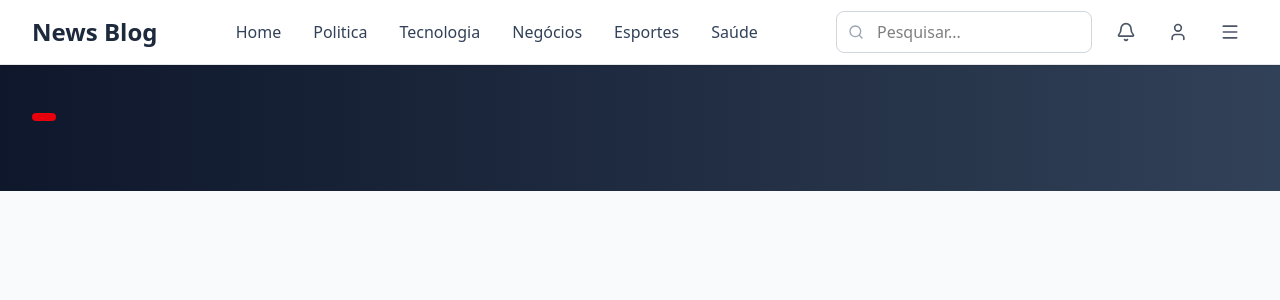
Repository: estevam02009/news-blog
Page: /
An editor plug-in stored every save of this project. The page is shown before and after the next save, followed by the edit.
The browser window is 1280 px wide. The pictures show the whole page.
The project was rebuilt for these pictures with package versions that can differ from the ones it lists, and the page was loaded fresh each time. Also part of the build but not shown: vite.config.ts.

Above is the page before, as saved 2025-08-08 18:30:28.

### index.html
<!doctype html>
<html lang="pt-BR">
  <head>
    <meta charset="UTF-8" />
    <link rel="icon" type="image/svg+xml" href="/vite.svg" />
    <meta name="viewport" content="width=device-width, initial-scale=1.0" />
    <title>News Blog</title>
  </head>
  <body>
    <div id="root"></div>
    <script type="module" src="/src/main.tsx"></script>
  </body>
</html>

### src/App.tsx
import Header from "./components/Header"
import Hero from "./components/Hero"

function App() {

  return (
    <div className="min-h-screen bg-gray-50">
      <Header />
      <Hero />
    </div>
  )
}

export default App

### src/components/Header.tsx
import React from 'react'
import { Search, Menu, Bell, User } from 'lucide-react'

const Header: React.FC = () => {
    return (
        <header className='bg-white shadow-sm border-b border-gray-200 sticky top-0 z-50'>
            <div className='max-w-7xl mx-auto px-4 sm:px-6 lg:px-8'>
                <div className='flex items-center justify-between h-16'>
                    {/* LOGO */}
                    <div className='flex items-center'>
                        <h1 className='text-2xl font-bold text-slate-800'>News Blog</h1>
                    </div>

                    {/* Desktop Navigation */}
                    <nav className='hidden md:flex items-center space-x-8'>
                        <a href='/' className='text-slate-700 hover:text-blue-600 font-medium transition-colors'>Home</a>
                        <a href='#' className='text-slate-700 hover:text-blue-600 font-medium transition-colors'>Politica</a>
                        <a href='#' className='text-slate-700 hover:text-blue-600 font-medium transition-colors'>Tecnologia</a>
                        <a href='#' className='text-slate-700 hover:text-blue-600 font-medium transition-colors'>Negócios</a>
                        <a href='#' className='text-slate-700 hover:text-blue-600 font-medium transition-colors'>Esportes</a>
                        <a href='#' className='text-slate-700 hover:text-blue-600 font-medium transition-colors'>Saúde</a>
                    </nav>

                    {/* Pesquisa e Ações */}
                    <div className='flex items-center space-x-4'>
                        <div className='relative hidden sm:block'>
                            <Search className='absolute top-1/2 left-3 transform -translate-y-1/2  h-4 w-4 text-gray-400' />
                            <input
                                type='text'
                                placeholder='Pesquisar...'
                                className='pl-10 pr-4 py-2 border border-gray-300 rounded-lg focus:ring-2 focus:ring-blue-500 focus:border-transparent w-64'
                            />
                        </div>
                        <button className='p-2 text-gray-600 hover:text-blue-600 transition-colors'>
                            <Bell className='h-5 w-5' />
                        </button>
                        <button className='p-2 text-gray-600 hover:text-blue-600 transition-colors'>
                            <User className='h-5 w-5' />
                        </button>
                        <button className='p-2 text-gray-600 hover:text-blue-600 transition-colors'>
                            <Menu className='h-5 w-5' />
                        </button>
                    </div>
                </div>
            </div>
        </header>
    )
}

export default Header

### src/components/Hero.tsx
import React from "react";
// import { Clock, User } from "lucide-react";

const Hero: React.FC = () => {
    return (
        <section className="bg-gradient-to-r from-slate-900 to-slate-700 text-white py-12">
            <div className="max-w-7xl mx-auto px-4 sm:px-6 lg:px-8">
                <div className="grid grid-cols-1 lg:grid-cols-2 gap-8 items-center">
                    <div>
                        <span className="inline-block bg-red-600 text-white px-3 py-1 text-sm font-semibold rounded-full mb-4"></span>
                    </div>
                </div>
            </div>
        </section>
    );
};

export default Hero;

Loaded but not shown: src/main.tsx (common file); src/index.css (common file)

After the next save:
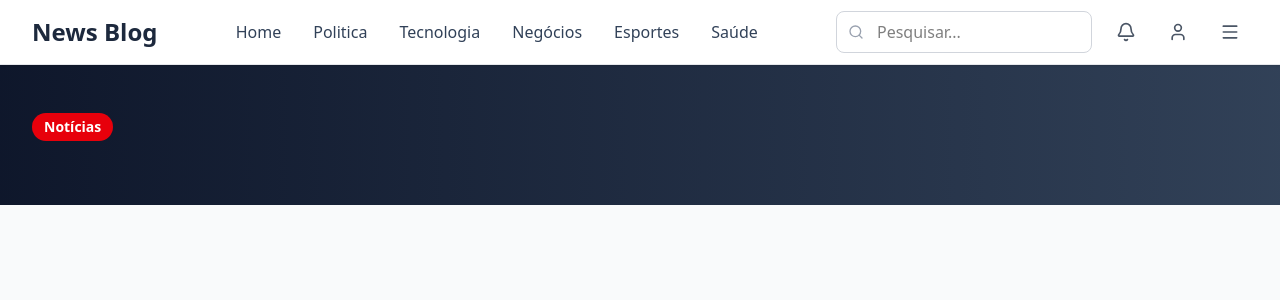
Saved 9 s later.
--- a/src/components/Hero.tsx
+++ b/src/components/Hero.tsx
@@ -7,7 +7,9 @@ const Hero: React.FC = () => {
             <div className="max-w-7xl mx-auto px-4 sm:px-6 lg:px-8">
                 <div className="grid grid-cols-1 lg:grid-cols-2 gap-8 items-center">
                     <div>
-                        <span className="inline-block bg-red-600 text-white px-3 py-1 text-sm font-semibold rounded-full mb-4"></span>
+                        <span className="inline-block bg-red-600 text-white px-3 py-1 text-sm font-semibold rounded-full mb-4">
+                            Notícias
+                        </span>
                     </div>
                 </div>
             </div>
